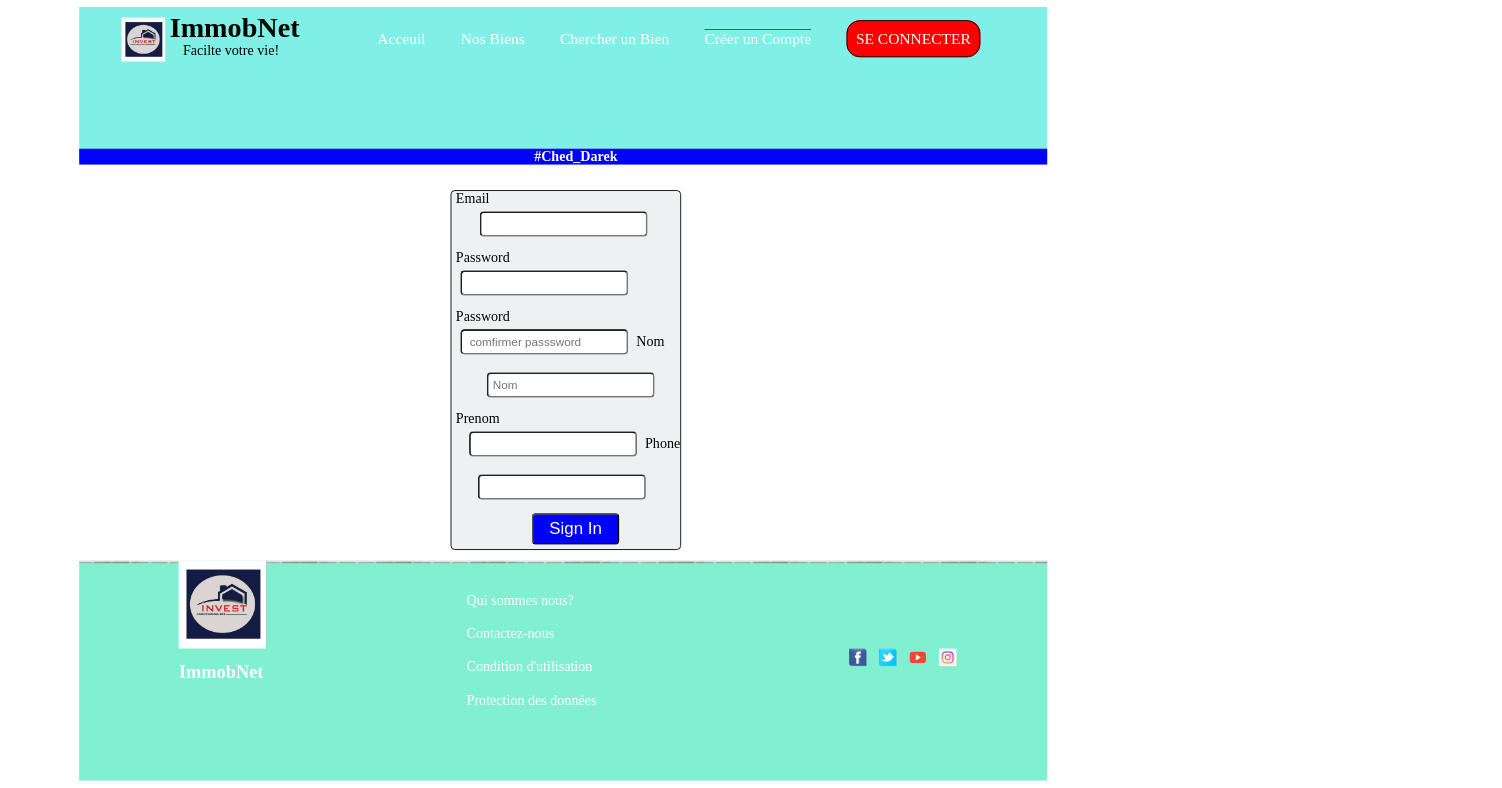
Repository: hassen-mnejja/Real_Estate_Agency_Website
Page: http://localhost/frontoffice/Register
The author's editor kept a copy of each file at every save. The page is drawn from the files as they stood at one save, then again after the next save.
The browser window is 1280 px wide. The page is 1707 px wide, so the pictures cover 1707 px, including what lies to the right of the window. The pictures show the whole page, at 88% of full size.
The page is served by Tomcat 9.

Above is the page before, as saved 2020-06-26 17:54:50.

After the next save:
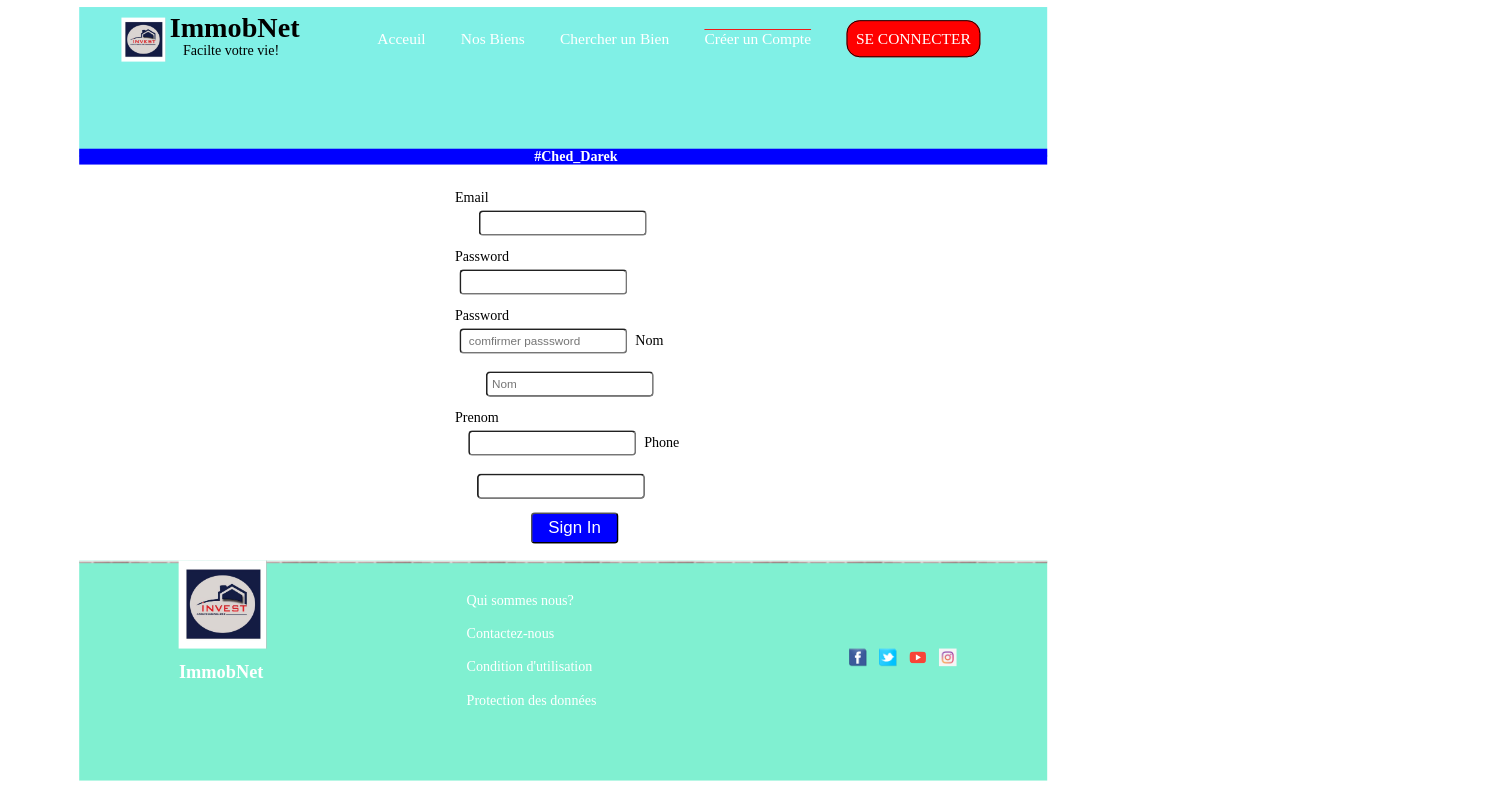
Saved 110 s later.
--- a/frontoffice/WebContent/style50.css
+++ b/frontoffice/WebContent/style50.css
@@ -195,8 +195,6 @@ footer ul a
 form
 {
 	width:260px;
-	background-color: #eff0f1;
-	border:1px solid black;
 	border-radius: 5px;
 	position:absolute;
 	top:30%;
